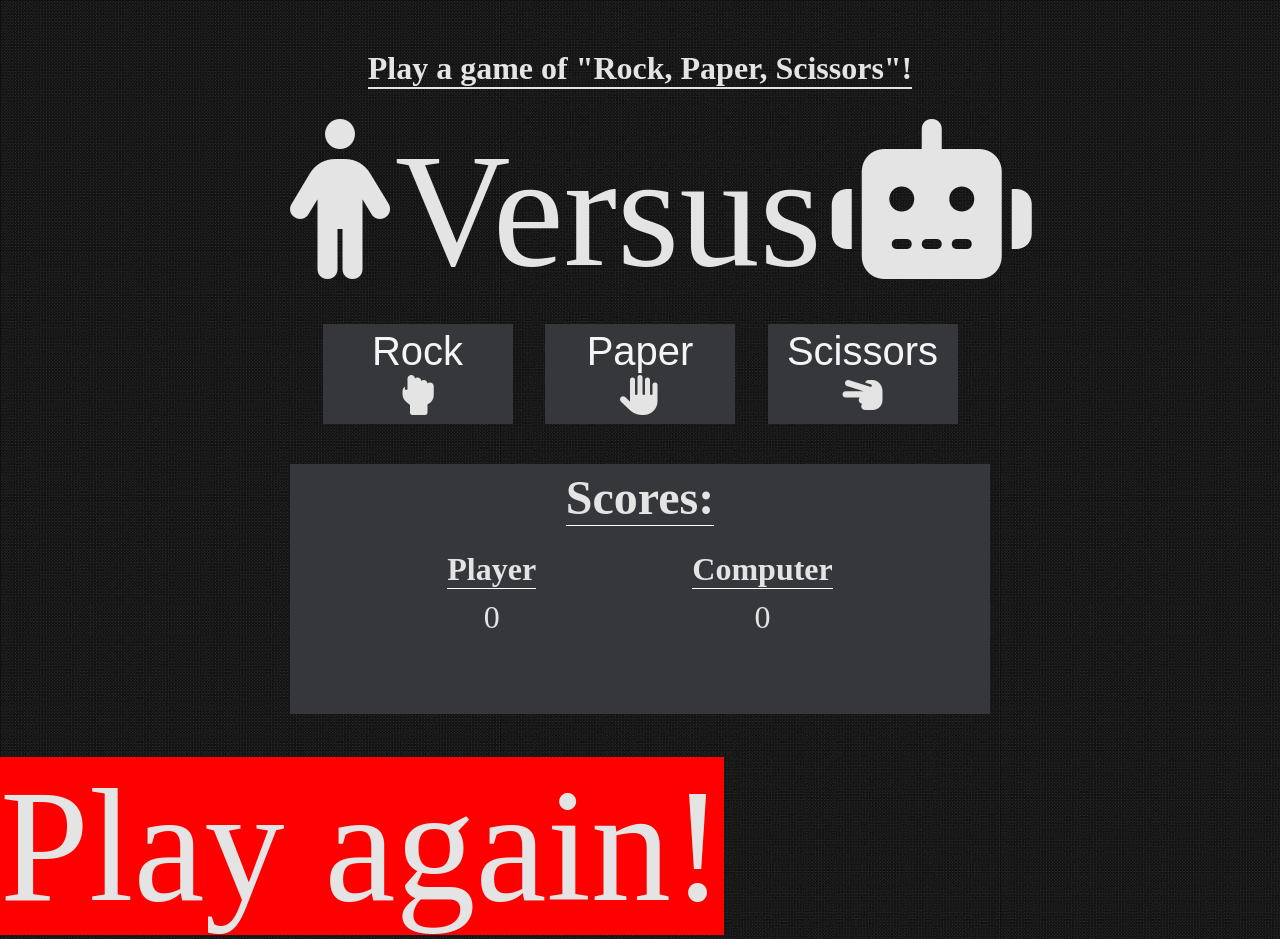
Repository: Pafestivo/rock-paper-scissors
Page: index.html
The author's editor kept a copy of each file at every save. The page is drawn from the files as they stood at one save, then again after the next save.
The browser window is 1280 px wide. The pictures show the whole page.
Some web libraries are served in a nearby version.

Above is the page before, as saved 2022-10-15 11:56:58.

### index.html
<!DOCTYPE html>
<html lang="en">
<head>
  <meta charset="UTF-8">
  <meta name="viewport" content="width=device-width, initial-scale=1.0">
  <link rel="stylesheet" href="styles.css">
  <script src="js-file.js" defer></script>
  <script src="https://kit.fontawesome.com/e2364af56b.js" crossorigin="anonymous"></script>
  <title>Rock, Paper, Scissors</title>
</head>
<body>

  <header>
    <h1>Play a game of "Rock, Paper, Scissors"!</h1>
  </header>
  <div id="versus">
    <i class="fa-solid fa-person"></i>
    <p>Versus</p>
    <i class="fa-solid fa-robot"></i>
  </div> <!-- /versus -->

  <div class="buttons">
    <button id="rock">
      Rock
      <i class="fa-solid fa-hand-back-fist"></i>
    </button>
    <button id="paper">
      Paper
      <i class="fa-solid fa-hand"></i>
    </button>
    <button id="scissors">
      Scissors
      <i class="fa-solid fa-hand-scissors"></i>
    </button>
  </div> <!-- /buttons -->


  <div id="results">

    <div class="scores">
      <h1 id="scores-header">Scores:</h1>
    </div> <!-- /scores -->

    <div class="columns">
      <div class="player">
        <h1 class="underline">Player</h1>
        <p id ="player-points" class="points">0</p>
      </div> <!-- /player-scores -->

      <div class="comp">
        <h1 class="underline">Computer</h1>
        <p id="computer-points" class="points">0</p>
      </div> <!-- /comp-scores -->
    </div><!-- /columns -->

  </div> <!-- /results -->

  <a id="play-again" href="">Play again!</a>
</body>
</html>

### styles.css
* {
  margin: 0;
  padding: 0;
  box-sizing: border-box;
}

body {
  font-family: serif;
  background-image: url(images/background.jpg);
  color: rgb(228, 228, 228);
}

header {
  width: max-content;
  margin: 50px auto 30px auto;
  border-bottom: 2px solid rgb(228, 228, 228);
}

#versus {
  display: flex;
  width: 700px;
  font-size: 10rem;
  margin: 0 auto 20px auto;
  justify-content: space-evenly;
  color: rgb(228, 228, 228);
}

.fa-robot {
  margin-left: 10px;
  font-size: 10rem;
}

.fa-person {
  font-size: 10rem;
  margin-right: 5px;
}

.buttons {
  display: flex;
  width: 700px;
  margin: 0 auto;
  justify-content: space-evenly;
}

button {
  position: relative;
  width: 190px;
  height: 100px;
  background-color: #35373B;
  border: none;
  font-size: 40px;
  color: whitesmoke;
}

button .fa-solid {
  width: 100%;
  color: rgb(228, 228, 228);
}

button:hover {
  cursor: pointer;
  background-color: #56595f;
}

button:focus {
  background-color: #635656;
}

button:disabled:hover {
  cursor: not-allowed;
  background-color: #35373B;
}

.comp-choice {
  position: absolute;
  bottom: 5px;
  right: 10px;
  font-size: 20px;
  max-width: 20px;
}

.player-choice {
  position: absolute;
  bottom: 5px;
  left: 10px;
  font-size: 20px;
  max-width: 20px;
}

#results {
  margin: 40px auto 40px auto;
  width: 700px;
  height: 250px;
  padding: 1px;
  background-color: #35373B;
}

#scores-header {
  margin: 5px auto 25px auto;
  font-size: 3em;
  width: max-content;
  border-bottom: 1px solid white;
}

.columns {
  display: flex;
  justify-content: space-evenly;
  margin-bottom: 20px;
}



.round-result {
  margin-bottom: 15px;
  font-size: 2em;
  text-align: center;
  padding: 0;
}

.underline {
  width: max-content;
  border-bottom: 1px solid white;
}

.points {
  font-size: 2em;
  text-align: center;
  margin-top: 10px;
}

a {
  text-decoration: none;
  color: inherit;
}

#play-again {
  font-size: 10em;
  margin-left: auto;
  margin-right: auto;
  background-color: red;
}

### js-file.js
let playerScore = 0;
let computerScore = 0;

const playerColumn = document.querySelector('.player');
const playerPoints = document.getElementById('player-points');

const computerColumn = document.querySelector('.comp');
const computerPoints = document.getElementById('computer-points');

//round logic
function playRound(playerSelection, computerSelection) {

  let log = ""


  if (
    (playerSelection === "Rock" && computerSelection === "Paper") ||
    (playerSelection === "Paper" && computerSelection === "Scissors") ||
    (playerSelection === "Scissors" && computerSelection === "Rock")
    ) {
    log = "You lost this round!"
    computerScore++
  }
  else if (
    (playerSelection === "Paper" && computerSelection === "Rock") ||
    (playerSelection === "Rock" && computerSelection === "Scissors") ||
    (playerSelection === "Scissors" && computerSelection === "Paper")
  ) {
    log = "You won this round!"
    playerScore++
  }
  else if (
    (playerSelection === computerSelection)
  ) {
    log = "This round ends in a draw!"
  }

  playerPoints.textContent = playerScore;

  computerPoints.textContent = computerScore;


  //finish the game at 5 points + show play again button
  const buttons = document.querySelectorAll('button');
  if(playerScore === 5) {
    for(i = 0; i < buttons.length; i++) {
      buttons[i].setAttribute("disabled", "disabled");
    }

    return "You won!";

  } else if (computerScore === 5) {
    for(i = 0; i < buttons.length; i++) {
      buttons[i].setAttribute("disabled", "disabled");
    }
    return "You lost!";
  }

  console.log(playerScore);
  console.log(computerScore);
  return log;
};

//variables to target the buttons
const rockChosen = document.querySelector('#rock');
const paperChosen = document.querySelector('#paper');
const scissorsChosen = document.querySelector('#scissors');


//computer selection
function getComputerChoice() {
  const possibleChoices = ["Rock", "Paper", "Scissors"];
  const randomize = Math.floor(Math.random() * possibleChoices.length);
  let selected = possibleChoices[randomize];

  if(document.querySelector('button #robot') != null) { //checks to see if robot icon already exists
    const robotIcon = document.getElementById('robot');
    const parent = document.getElementById('robot').parentElement;
    parent.removeChild(robotIcon); //remove the icon if it exists
  }

  if (selected === "Rock") {
    rockChosen.insertAdjacentHTML('beforeend', '<i id="robot" class="fa-solid fa-robot comp-choice"></i>'); //adds robot icon

  } else if (selected === "Paper") {
    paperChosen.insertAdjacentHTML('beforeend', '<i id="robot" class="fa-solid fa-robot comp-choice"></i>');

  } else if (selected === "Scissors") {
    scissorsChosen.insertAdjacentHTML('beforeend', '<i id="robot" class="fa-solid fa-robot comp-choice"></i>');
  }

  return selected;
};


//adding the round result paragraph to the page
const results = document.querySelector('#results');
const para = document.createElement('p');
para.classList.add('round-result');


//function for event listeners
function rockRound() {

  if(document.querySelector('button #human') != null) { //checks to see if human icon already exists
    const humanIcon = document.getElementById('human');
    const parent = document.getElementById('human').parentElement;
    parent.removeChild(humanIcon); //remove the icon if it exists
  }

  rockChosen.insertAdjacentHTML('beforeend', '<i id="human" class="fa-solid fa-person player-choice"></i>'); //adds human icon

  let computerSelection = getComputerChoice();
  console.log(computerSelection);

  let roundResult = playRound("Rock", computerSelection);

  para.textContent = roundResult;
  results.appendChild(para);
};

function paperRound() {
  let computerSelection = getComputerChoice();
  console.log(computerSelection);

  if(document.querySelector('button #human') != null) { //checks to see if human icon already exists
    const humanIcon = document.getElementById('human');
    const parent = document.getElementById('human').parentElement;
    parent.removeChild(humanIcon); //remove the icon if it exists
  }

  paperChosen.insertAdjacentHTML('beforeend', '<i id="human" class="fa-solid fa-person player-choice"></i>'); //adds human icon

  para.textContent = playRound("Paper", computerSelection);
  results.appendChild(para);
};

function scissorsRound() {
  let computerSelection = getComputerChoice();
  console.log(computerSelection);

  if(document.querySelector('button #human') != null) { //checks to see if human icon already exists
    const humanIcon = document.getElementById('human');
    const parent = document.getElementById('human').parentElement;
    parent.removeChild(humanIcon); //remove the icon if it exists
  }

  scissorsChosen.insertAdjacentHTML('beforeend', '<i id="human" class="fa-solid fa-person player-choice"></i>'); //adds human icon

  para.textContent = playRound("Scissors", computerSelection);
  results.appendChild(para);
};
//end of event listeners functions


//adding event listeners to each button
const rock = document.querySelector('#rock');
rock.addEventListener("click", rockRound);

const paper = document.querySelector('#paper');
paper.addEventListener("click", paperRound);

const scissors = document.querySelector('#scissors');
scissors.addEventListener("click", scissorsRound);

After the next save:
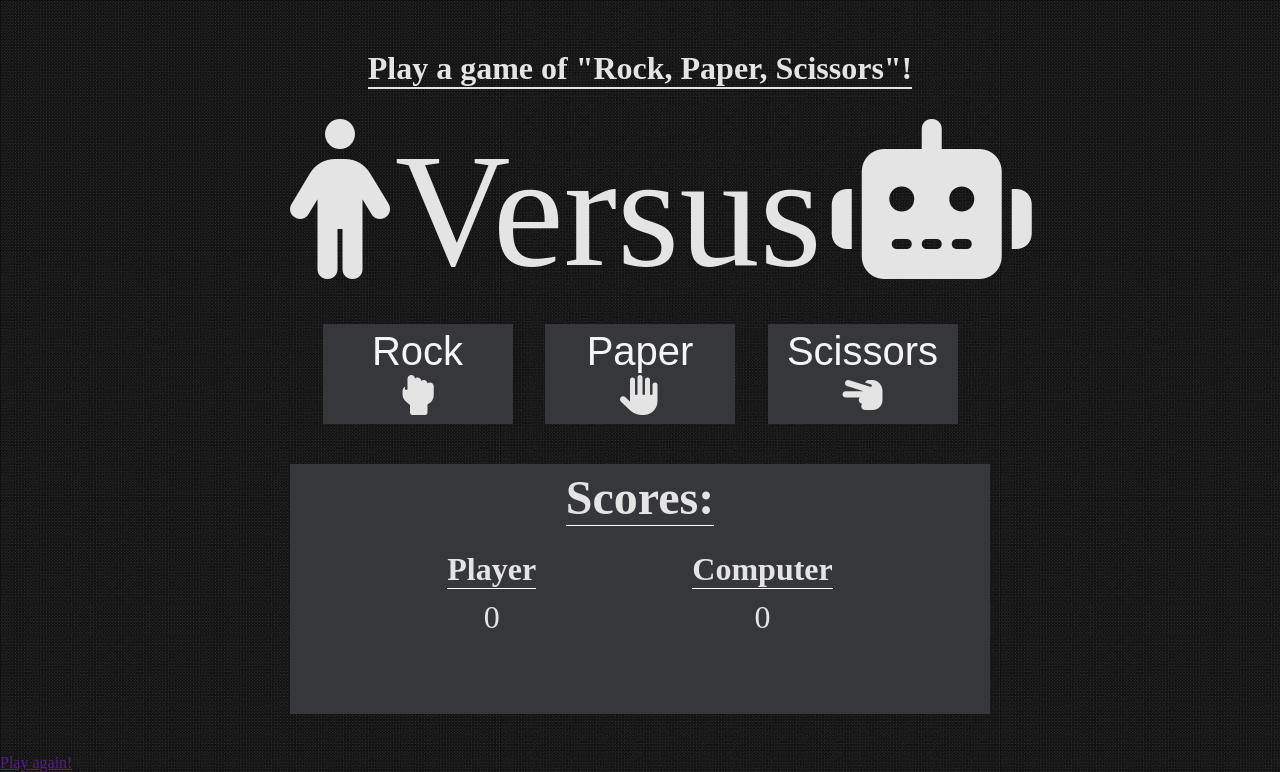
Saved 6 s later.
--- a/styles.css
+++ b/styles.css
@@ -127,15 +127,3 @@ button:disabled:hover {
   text-align: center;
   margin-top: 10px;
 }
-
-a {
-  text-decoration: none;
-  color: inherit;
-}
-
-#play-again {
-  font-size: 10em;
-  margin-left: auto;
-  margin-right: auto;
-  background-color: red;
-}
